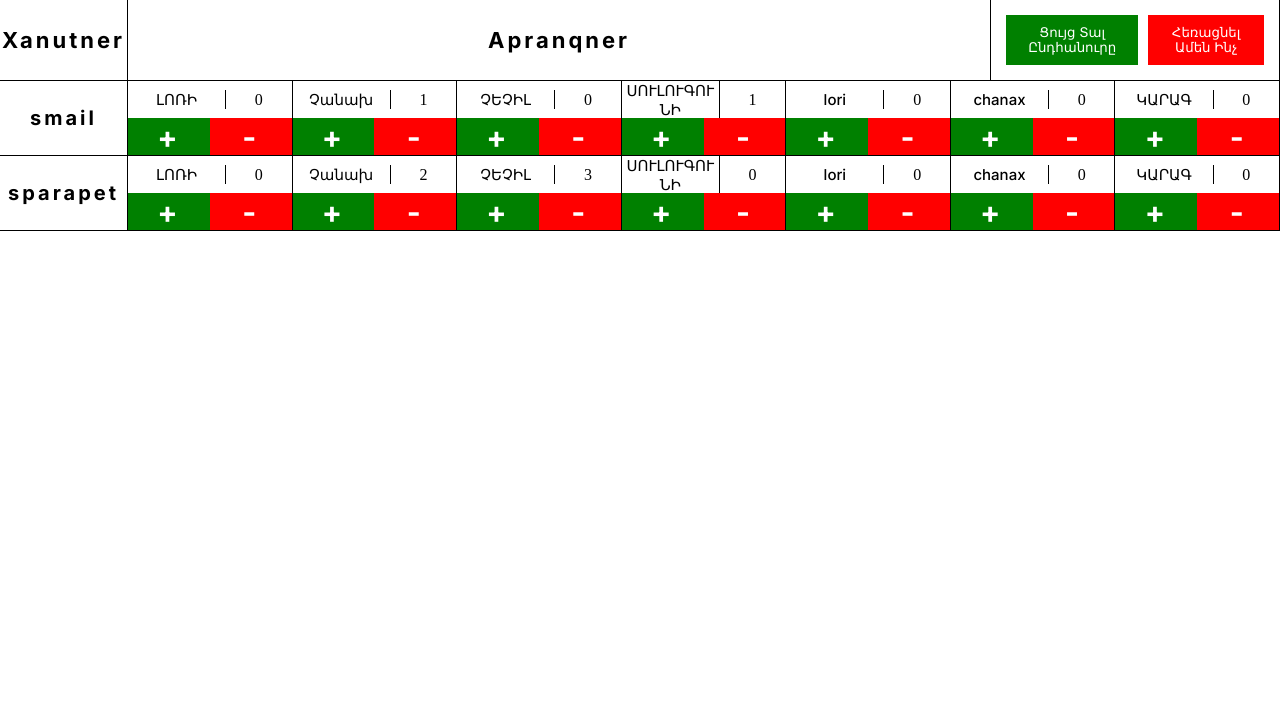
Repository: AbApin/amasia
Page: /
An editor plug-in stored every save of this project. The page is shown before and after a run of saves, followed by the edit.
The browser window is 1280 px wide. The pictures show the whole page.
The project was rebuilt for these pictures with package versions that can differ from the ones it lists, and the page was loaded fresh each time. Also part of the build but not shown: vue.config.js.

Above is the page before, as saved 2023-01-28 17:11:52.

### public/index.html
<!DOCTYPE html>
<html lang="">
  <head>
    <meta charset="utf-8" />
    <meta http-equiv="X-UA-Compatible" content="IE=edge" />
    <meta name="viewport" content="width=device-width,initial-scale=1.0" />
    <link rel="icon" href="<%= BASE_URL %>favicon.ico" />
    <title><%= htmlWebpackPlugin.options.title %></title>
    <link
      href="https://fonts.googleapis.com/css?family=Inter:100,200,300,regular,500,600,700,800,900"
      rel="stylesheet"
    />
  </head>
  <body>
    <noscript>
      <strong
        >We're sorry but <%= htmlWebpackPlugin.options.title %> doesn't work properly without
        JavaScript enabled. Please enable it to continue.</strong
      >
    </noscript>
    <div id="app"></div>
    <!-- built files will be auto injected -->
  </body>
</html>

### src/App.vue
<template>
  <div id="app">
    <div class="header">
      <h2 class="xanutnerTitle">Xanutner</h2>
      <h2 class="apranqnerTitle">Apranqner</h2>
      <div class="cuycTal">
        <button class="cuycTalBtn" @click="isClick = true">ցույց տալ ընդհանուրը</button>
        <button class="heracnelBtn">հեռացնել ամեն ինչ</button>
      </div>
      <div v-show="isClick" class="endhanurQanak">
        <button @click="isClick = false" class="closeBtn">X</button>
        <div class="endhanurQanakInner">
          <ul class="endhanurQanakiList">
            <li
              v-for="xanutiAnun in Object.keys(ZAKAZNER)"
              :key="xanutiAnun"
              class="endhanurQanakiListItem"
            >
              <p>{{ xanutiAnun }}</p>
              <ul class="endhanurApranqneriList">
                <li
                  v-for="endhanurApranq in ZAKAZNER[xanutiAnun]"
                  :key="endhanurApranq.anun"
                  class="endhanurApranqneriListItem"
                >
                  <p class="endhanurApranqneriListItemAnun">{{ endhanurApranq.anun }}</p>
                  <p class="endhanurApranqneriListItemQanak">{{ endhanurApranq.qanak }}</p>
                </li>
              </ul>
            </li>
          </ul>
        </div>
      </div>
    </div>
    <div class="content">
      <ul class="contentList">
        <li v-for="xanutiAnun in Object.keys(XANUTNER)" :key="xanutiAnun" class="contentItem">
          <p class="xanutiAnun">{{ xanutiAnun }}</p>
          <ul class="apranqneriList">
            <li
              v-for="(apranq, apranqiHamar) in XANUTNER[xanutiAnun]"
              :key="apranqiHamar"
              class="apranqneriListItem"
            >
              <div class="apranqiText">
                <p class="apranqiAnun">{{ apranq.anun }}</p>
                <p class="apranqiQanak">{{ apranq.qanak }}</p>
              </div>
              <div class="apranqiAvelPakas">
                <button class="plus apranqiBtn" @click="AVELACNEL({ xanutiAnun, apranqiHamar })">
                  +
                </button>
                <button class="minus apranqiBtn" @click="PAKASACNEL({ xanutiAnun, apranqiHamar })">
                  -
                </button>
              </div>
            </li>
          </ul>
        </li>
      </ul>
    </div>
  </div>
</template>

<script>
import { mapGetters, mapMutations } from 'vuex';
export default {
  name: 'App',
  components: {},
  data() {
    return {
      isClick: false,
    };
  },
  mounted() {
    console.log(this.ZAKAZNER);
  },
  methods: {
    ...mapMutations(['AVELACNEL', 'PAKASACNEL']),
    // avelacnel(obj) {
    //   this.AVELACNEL(obj);
    // },
    // pakasacnel(obj) {
    //   this.PAKASACNEL(obj);
    // },
  },
  computed: {
    ...mapGetters(['XANUTNER', 'ZAKAZNER']),
  },
};
</script>

<style>
*,
*::after,
*::before {
  margin: 0;
  padding: 0;
  box-sizing: border-box;
}
ul {
  list-style: none;
}
#app {
  display: flex;
  flex-direction: column;
  min-height: 100vh;
}
.header {
  display: flex;
  justify-content: space-between;
  width: 100%;
}
.xanutnerTitle {
  width: 10%;
  display: flex;
  align-items: center;
  justify-content: center;
  font-family: 'Inter';
  font-size: 22px;
  font-weight: 700;
  letter-spacing: 3px;
  padding: 20px 30px;
  border: 1px solid #000;
  border-top: 0;
  border-left: 0;
}
.apranqnerTitle {
  width: 75%;
  display: flex;
  align-items: center;
  justify-content: center;
  font-family: 'Inter';
  font-size: 22px;
  font-weight: 700;
  letter-spacing: 3px;
  padding: 20px 30px;
  border: 1px solid #000;
  border-top: 0;
  border-left: 0;
}
.contentList {
  display: flex;
  flex-direction: column;
}
.contentItem {
  display: flex;
  justify-content: space-between;
}
.xanutiAnun {
  display: flex;
  align-items: center;
  justify-content: center;
  width: 10%;
  font-family: 'Inter';
  font-size: 20px;
  font-weight: 700;
  letter-spacing: 3px;
  word-wrap: break-word;
  padding: 20px 30px;
  border: 1px solid #000;
  border-top: 0;
  border-left: 0;
}
.apranqneriList {
  width: 90%;
  display: flex;
  justify-content: space-between;
}
.apranqneriListItem {
  display: flex;
  flex-direction: column;
  flex: 1 1 0;
  border: 1px solid #000;
  border-top: 0;
  border-left: 0;
}
.apranqiText {
  display: flex;
  justify-content: space-between;
  align-items: center;
  height: 50%;
}
.apranqiAnun {
  font-family: 'Inter';
  font-size: 15px;
  font-weight: 500;
  word-wrap: break-word;
  text-align: center;
  width: 60%;
  border-right: 1px solid #000;
}
.apranqiQanak {
  display: flex;
  justify-content: center;
  align-items: center;
  width: 40%;
}
.apranqiAvelPakas {
  display: flex;
  justify-content: space-between;
  width: 100%;
  height: 50%;
}
.apranqiBtn {
  display: inline-flex;
  justify-content: center;
  align-items: center;
  font-family: 'Inter';
  font-size: 30px;
  font-weight: 700;
  letter-spacing: 3px;
  border: none;
  color: #fff;
  width: 50%;
  cursor: pointer;
}
.plus {
  background: green;
}
.minus {
  background: red;
}
.cuycTal {
  width: 25%;
  display: flex;
  align-items: center;
  justify-content: space-between;
  gap: 10px;
  padding: 15px;
  border: 1px solid #000;
  border-left: 0;
  border-top: 0;
}
.heracnelBtn,
.cuycTalBtn {
  display: inline-block;
  padding: 10px;
  border: none;
  color: #fff;
  text-transform: capitalize;
  cursor: pointer;
  transition: all 0.3s linear;
}
.heracnelBtn {
  background: red;
}
.cuycTalBtn {
  background: green;
}

/* endahnur */
.endhanurQanak {
  display: flex;
  justify-content: center;
  align-items: center;
  position: fixed;
  z-index: 999;
  top: 0;
  left: 0;
  width: 100%;
  height: 100%;
  background-color: rgba(0, 0, 0, 0.7);
}
.endhanurQanakInner {
  width: 90%;
  height: 90%;
  background: #fff;
  box-shadow: 0 0 10px #fff;
  border-radius: 20px;
}
.endhanurQanakiList {
  display: flex;
  flex-direction: column;
  justify-content: space-between;
  height: 100%;
}
.endhanurQanakiListItem {
    flex: 1 1 0;
}
.closeBtn {
  display: inline-block;
  color: #fff;
  font-size: 25px;
  position: absolute;
  right: 15px;
  top: 5px;
  background: transparent;
  border: none;
  cursor: pointer;
}
</style>

### src/store/index.js
import Vuex from 'vuex';
import Vue from 'vue';

Vue.use(Vuex);

const store = new Vuex.Store({
  state: {
    xanutner: {
      smail: [
        { anun: 'ԼՈՌԻ', qanak: 0 },
        { anun: 'Չանախ', qanak: 1 },
        { anun: 'ՉԵՉԻԼ', qanak: 0 },
        { anun: 'ՍՈՒԼՈՒԳՈՒՆԻ', qanak: 1 },
        { anun: 'lori', qanak: 0 },
        { anun: 'chanax', qanak: 0 },
        { anun: 'ԿԱՐԱԳ', qanak: 0 },
      ],
      sparapet: [
        { anun: 'ԼՈՌԻ', qanak: 0 },
        { anun: 'Չանախ', qanak: 2 },
        { anun: 'ՉԵՉԻԼ', qanak: 3 },
        { anun: 'ՍՈՒԼՈՒԳՈՒՆԻ', qanak: 0 },
        { anun: 'lori', qanak: 0 },
        { anun: 'chanax', qanak: 0 },
        { anun: 'ԿԱՐԱԳ', qanak: 0 },
      ],
    },
  },
  mutations: {
    AVELACNEL(state, payload) {
      state.xanutner[payload.xanutiAnun][payload.apranqiHamar].qanak += 1;
    },
    PAKASACNEL(state, payload) {
      let qanak = state.xanutner[payload.xanutiAnun][payload.apranqiHamar].qanak;
      console.log(qanak);
      if (qanak >= 1) {
        state.xanutner[payload.xanutiAnun][payload.apranqiHamar].qanak -= 1;
      }
    },
  },
  getters: {
    XANUTNER(state) {
      return state.xanutner;
    },
    ZAKAZNER(state) {
      let zakazner = {};
      Object.keys(state.xanutner).forEach((xanut) => {
        zakazner[xanut] = state.xanutner[xanut].filter(function (el) {
          return el.qanak > 0;
        });
        if (zakazner[xanut].length === 0) {
          delete zakazner[xanut];
        }
      });

      return zakazner;
    },
  },
});

export default store;

Loaded but not shown: src/main.js (common file)

After the next 2 saves:
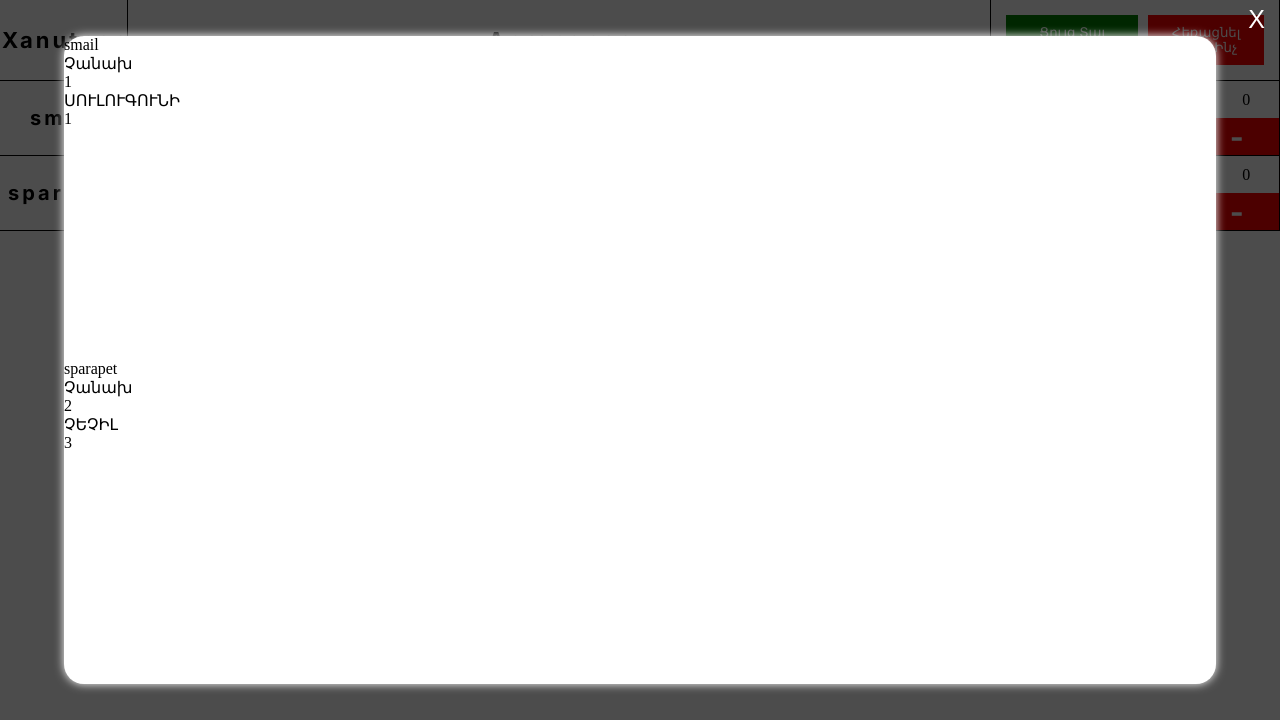
The 2 saves are shown as one change because they came seconds apart.
The last was saved 12 s later.
--- a/src/App.vue
+++ b/src/App.vue
@@ -69,7 +69,7 @@ export default {
   components: {},
   data() {
     return {
-      isClick: false,
+      isClick: true,
     };
   },
   mounted() {
@@ -77,12 +77,6 @@ export default {
   },
   methods: {
     ...mapMutations(['AVELACNEL', 'PAKASACNEL']),
-    // avelacnel(obj) {
-    //   this.AVELACNEL(obj);
-    // },
-    // pakasacnel(obj) {
-    //   this.PAKASACNEL(obj);
-    // },
   },
   computed: {
     ...mapGetters(['XANUTNER', 'ZAKAZNER']),
